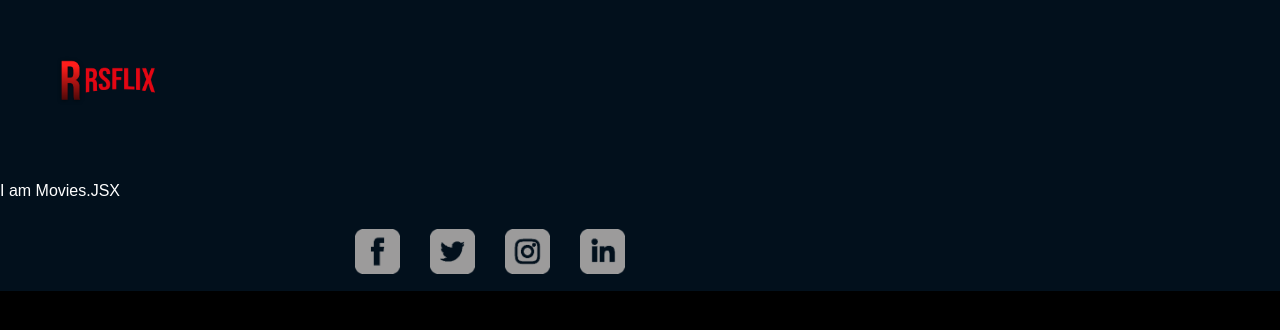
Repository: ronnysalas459/final_project_react
Page: /
The author's editor kept a copy of each file at every save. The page is drawn from the files as they stood at one save, then again after a run of saves.
The browser window is 1280 px wide. The pictures show the whole page.
The project was rebuilt for these pictures with package versions that can differ from the ones it lists, and the page was loaded fresh each time. Also part of the build but not shown: src/containers/Favorites.jsx.

Above is the page before, as saved 2021-09-28 20:06:03.

After the next 2 saves:
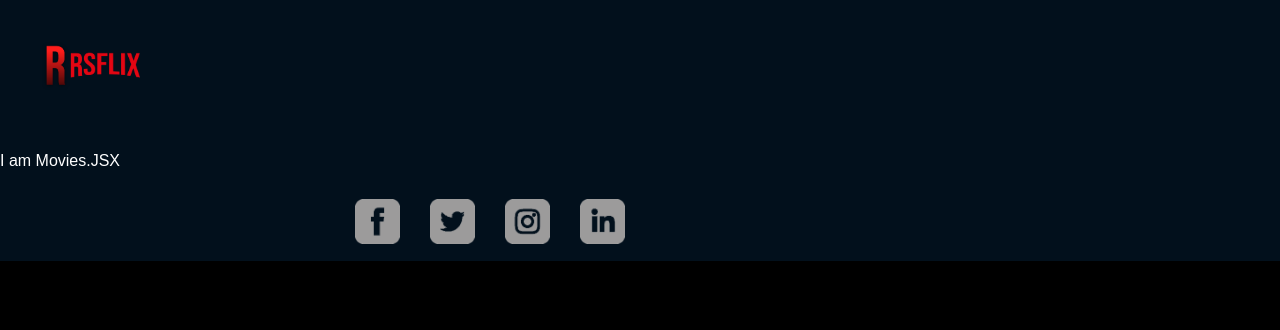
The 2 saves are shown as one change because they came seconds apart.
The last was saved 57 s later.
--- a/src/assets/styles/App.scss
+++ b/src/assets/styles/App.scss
@@ -3,7 +3,7 @@
 @mixin colCenCen {
   display: flex;
   flex-direction: column;
-  padding: 55px;
+  padding: 40px;
 }
 
 @mixin flexBetCen {
